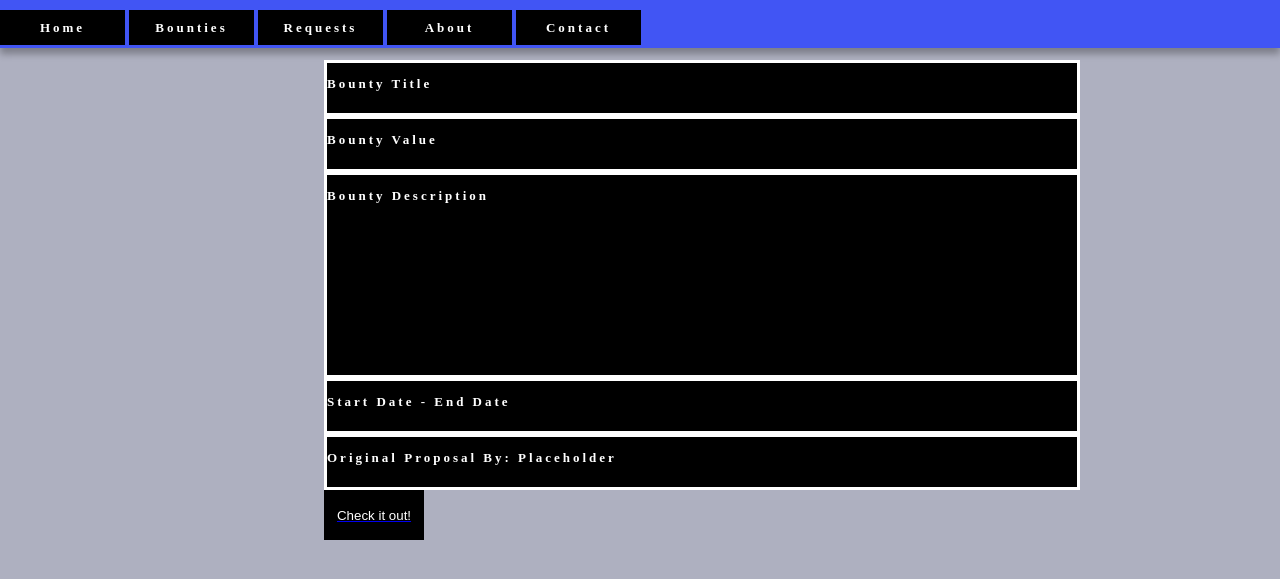
Repository: mailog/Tomorrow
Page: http://localhost/bounties
These files come from the project's save history. The page is drawn as it stood at one moment and after the next save; the edit follows.
The browser window is 1280 px wide. The pictures show the whole page.
The page is this project's Thymeleaf template; nobody is signed in. The template is opened directly, without the code that normally fills it, so the values that code supplies are empty.

Above is the page before, as saved 2017-07-27 04:04:44.

After the next save:
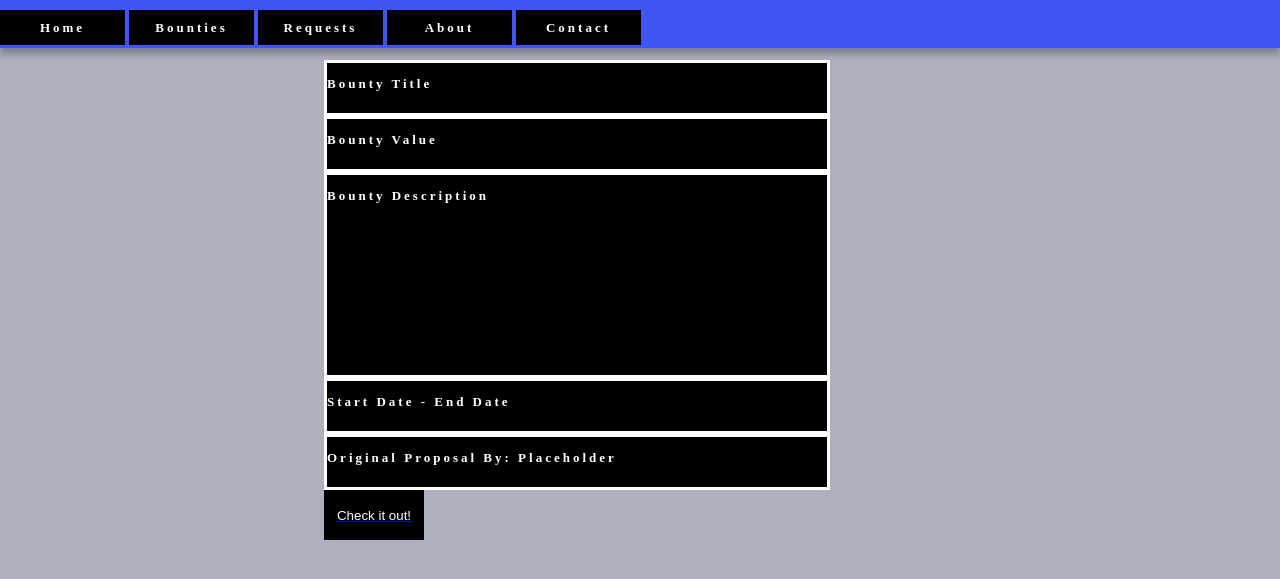
Saved 33 s later.
--- a/Tomorrow/src/main/resources/static/css/bounties.css
+++ b/Tomorrow/src/main/resources/static/css/bounties.css
@@ -24,7 +24,7 @@
 .bounty_title
 {
 	display:block;
-	width: 750px;
+	width: 500px;
 	height: 50px;
 	background-color: black;
 	border-style:solid;
@@ -33,7 +33,7 @@
 .bounty_value
 {
 	display:block;
-	width: 750px;
+	width: 500px;
 	height:50px;
 	background-color: black;
 	border-style:solid;
@@ -42,7 +42,7 @@
 .bounty_desc
 {
 	display:block;
-	width: 750px;
+	width: 500px;
 	height: 200px;
 	background-color: black;
 	border-style:solid;
@@ -51,7 +51,7 @@
 .bounty_period
 {
 	display:block;
-	width: 750px;
+	width: 500px;
 	height:50px;
 	background-color: black;
 	border-style:solid;
@@ -60,7 +60,7 @@
 .bounty_proposer
 {
 	display:inline-block;
-	width: 750px;
+	width: 500px;
 	height: 50px;
 	background-color: black;
 	border-style:solid;
